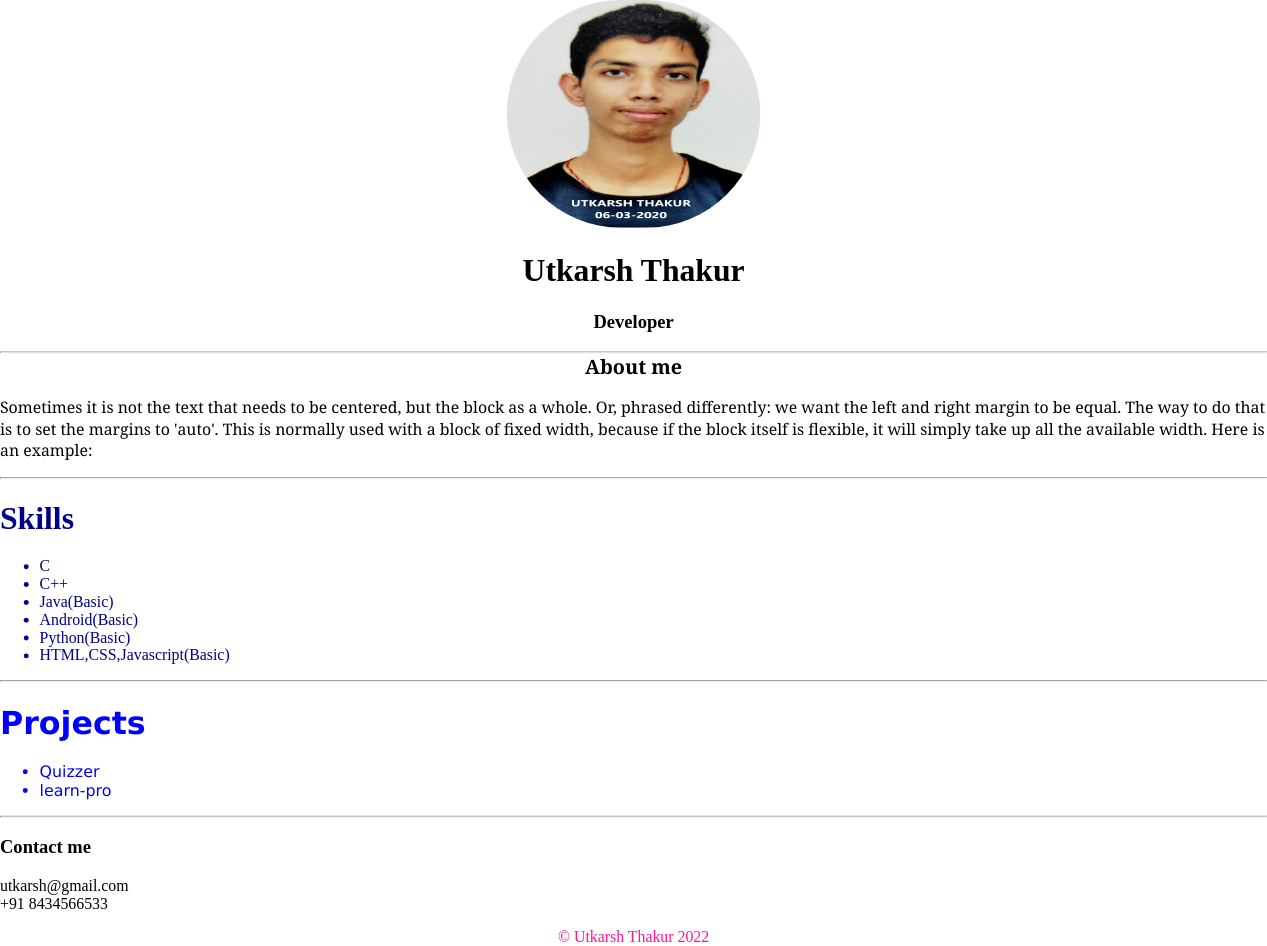
Repository: UtkarshThakur321/Utkarsh-Thakur-Profile
Page: index.html
An editor plug-in stored every save of this project. The page is shown before and after the next save, followed by the edit.
The browser window is 1280 px wide. The pictures show the whole page, at 99% of full size.

Above is the page before, as saved 2022-01-18 22:27:22.
Not found: main.js

### index.html
<!DOCTYPE html>
<html>
<head>
    <meta charset='utf-8'>
    <meta http-equiv='X-UA-Compatible' content='IE=edge'>
    <title>Page Title</title>
    <meta name='viewport' content='width=device-width, initial-scale=1'>
    <link rel='stylesheet' type='text/css' media='screen' href="index.css">
    <script src='main.js'></script>
</head>
<body>
    <div id="main">
    <!-- <div id="nav">
        <h1>My Resume</h1>
    </div> -->
    <center>
        <div id="intro">
            <div id="profileImage">
                 <img src="main3.jpg" alt="DP_Utkarsh__Thakur"
                 width="180" height="170">
            </div>
            <div id="profileName">
                <h1>Utkarsh Thakur</h1>
                <h3>Developer</h3>
            </div>

            <div>


             </div>
        </div>
    </center>

    <hr>

  <div id="aboutMe">
    <div id="aboutMeHeading">
        About me
    </div>
    <div id="aboutMeContent">
        <p>
            Sometimes it is not the text that needs to be centered, but the block as a whole. Or, phrased differently: we want the left and right margin to be equal. The way to do that is to set the margins to 'auto'. This is normally used with a block of fixed width, because if the block itself is flexible, it will simply take up all the available width. Here is an example:
        </p>
    </div>
  </div>
<hr>

    <div id="skills">
        <h1>Skills</h1>
        <ul>
            <li>C</li>
            <li>C++</li>
            <li>Java(Basic)</li>
            <li>Android(Basic)</li>
            <li>Python(Basic)</li>
            <li>HTML,CSS,Javascript(Basic)</li>
        </ul>
    </div>

    <hr>
    <div id="projects">
        <h1>Projects</h1>
        <ul>
            <li>Quizzer</li>
            <li>learn-pro</li>
        </ul>
    </div>
    <hr>

    <div id="footer">
        <h3>Contact me</h3>
        <p>
            utkarsh@gmail.com<br>
            +91 8434566533

        </p>
            <div id="copyright">
         &copy; Utkarsh Thakur 2022
            </div>
        </div>
    </div>



</body>
</html>

### index.css
body{
    width:100%;
    margin:0px;


}


#profileImage>img{
    height:230px;
    width:20%;
    border-radius: 120px;
}

.intro{
    color:brown;

}

#aboutMeHeading{
    text-align:center;
    font-family: Georgia, 'Times New Roman', Times, serif;
    font-size:20px;
    font-weight: bold;
}
#aboutMeContent{

    font-family: Georgia, 'Times New Roman', Times, serif;
    font-size:16px;

}





hr{
    margin:0px;
}

#nav{
    height:50px;
    display:content;
    text-align: center;
    font-weight: 900;
    color:black;}
    /* text-align: center;
    font-family: Verdana, Geneva, Tahoma, sans-serif;
} */

#skills{
    color:darkblue;
    font-weight: 400;

}

#projects{
    font-family: Verdana, Geneva, Tahoma, sans-serif;
    color:blue;
}


/* #footer{
    text-align: center;
} */
#copyright{
    text-align: center;
    color:deeppink
}

After the next save:
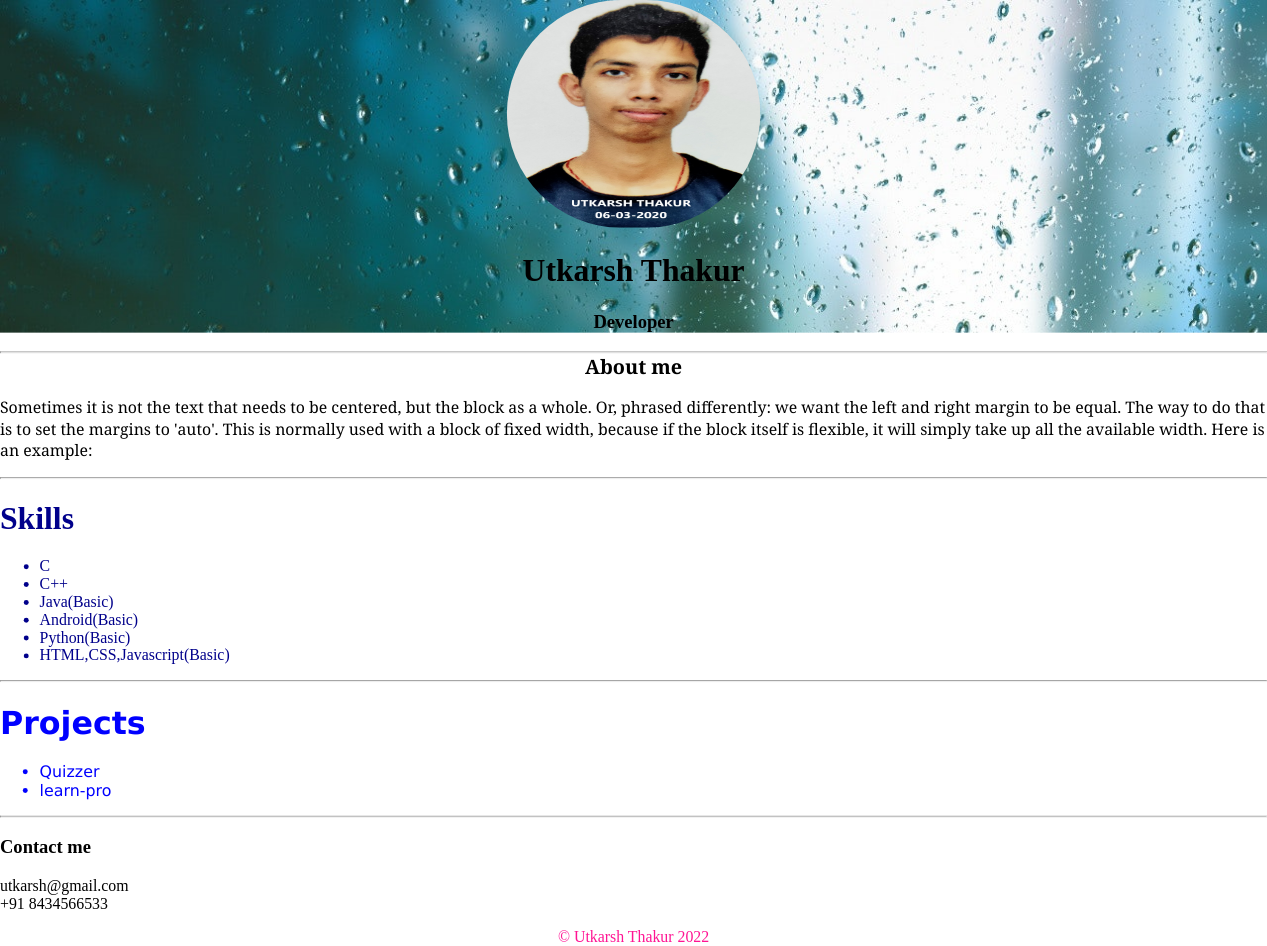
Saved 16 min 25 s later.
--- a/index.css
+++ b/index.css
@@ -6,6 +6,9 @@ body{
 }
 
 
+#intro{
+    background-image:url("./bg.jpg");
+}
 #profileImage>img{
     height:230px;
     width:20%;
